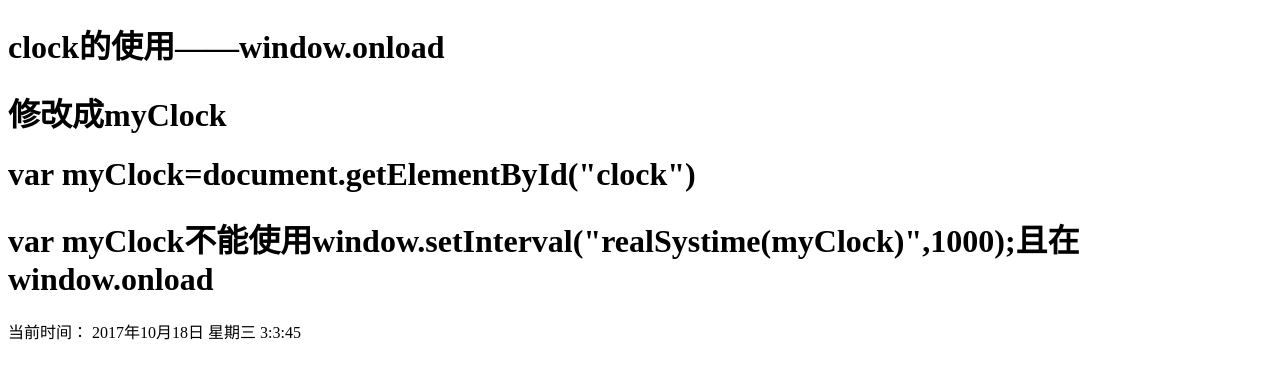
Repository: bookFireFly/bookFireFly
Page: JavaScriptMingriBook/Main/10实时显示系统时间.html
The author's editor kept a copy of each file at every save. The page is drawn from the files as they stood at one save, then again after the next save.
The browser window is 1280 px wide. The pictures show the whole page.

Above is the page before, as saved 2017-10-20 09:29:55.

After the next save:
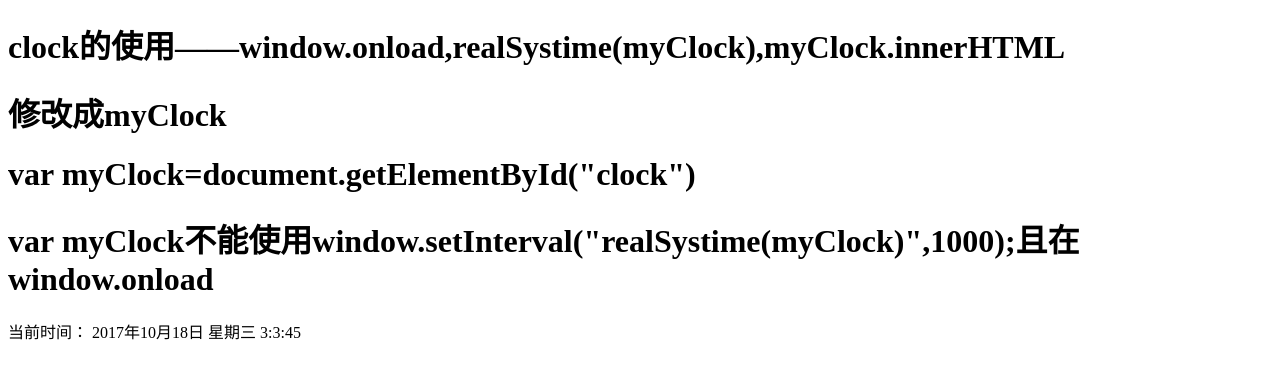
Saved 34 s later.
--- a/JavaScriptMingriBook/Main/10实时显示系统时间.html
+++ b/JavaScriptMingriBook/Main/10实时显示系统时间.html
@@ -30,7 +30,7 @@ window.onload=function(){
 <title>实时显示系统时间</title>
 </head>
 <body>
-<h1>clock的使用——window.onload</h1>
+<h1>clock的使用——window.onload,realSystime(myClock),myClock.innerHTML</h1>
 <h1>修改成myClock</h1>
 <h1>var myClock=document.getElementById("clock")</h1>
 <h1>var myClock不能使用window.setInterval("realSystime(myClock)",1000);且在window.onload</h1>
